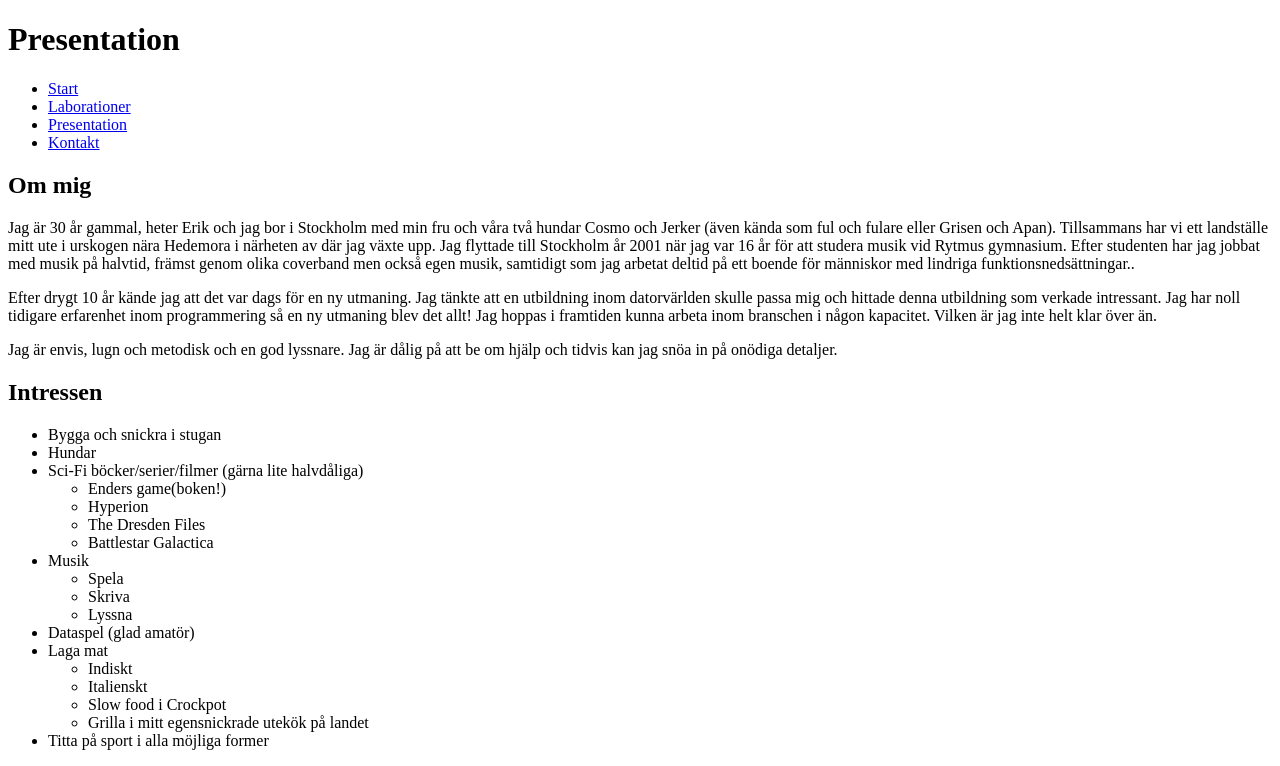
Repository: em222mt/1IK415_em222mt
Page: pages/presentation.html
The author's editor kept a record of every edit. The page is drawn from the files as they stood at one moment, then again after the next edit.
The browser window is 1280 px wide. The pictures show the whole page.

Above is the page before.

### pages/presentation.html
<!doctype html>
    <html lang="sv">

    <head>
       <meta charset="utf-8">
        <title>Min första sida</title>
    </head>

    <!-- Startpunkt -->

    <body>
        <h1>Presentation</h1>

        <ul>
        <li><a href="../index.html">Start</a></li>
        <li><a href="laborationer.html">Laborationer</a></li>
        <li><a href="presentation.html">Presentation</a></li>
        <li><a href="kontakt.html">Kontakt</a></li>
        </ul>

        <h2>Om mig</h2>
            <p>Jag är 30 år gammal, heter Erik och jag bor i Stockholm med min fru och våra två hundar Cosmo och Jerker (även kända som ful och fulare eller Grisen och Apan). Tillsammans har vi ett landställe mitt ute i urskogen nära Hedemora i närheten av där jag växte upp. Jag flyttade till Stockholm år 2001 när jag var 16 år för att studera musik vid Rytmus gymnasium. Efter studenten har jag jobbat med musik på halvtid, främst genom olika coverband men också egen musik, samtidigt som jag arbetat deltid på ett boende för människor med lindriga funktionsnedsättningar..
            </p>
            <p>Efter drygt 10 år kände jag att det var dags för en ny utmaning. Jag tänkte att en utbildning inom datorvärlden skulle passa mig och hittade denna utbildning som verkade intressant. Jag har noll tidigare erfarenhet inom programmering så en ny utmaning blev det allt! Jag hoppas i framtiden kunna arbeta inom branschen i någon kapacitet. Vilken är jag inte helt klar över än.
            </p>
            <p>Jag är envis, lugn och metodisk och en god lyssnare. Jag är dålig på att be om hjälp och tidvis kan jag snöa in på onödiga detaljer.
            </p>

        <h2>Intressen</h2>

            <ul>
                <li>Bygga och snickra i stugan</li>
                <li>Hundar</li>
                <li>Sci-Fi böcker/serier/filmer (gärna lite halvdåliga)
                    <ul>
                        <li>Enders game(boken!)</li>
                        <li>Hyperion</li>
                        <li>The Dresden Files</li>
                        <li>Battlestar Galactica</li>
                    </ul>
                </li>
                <li>Musik
                    <ul>
                        <li>Spela</li>
                        <li>Skriva</li>
                        <li>Lyssna</li>
                    </ul>
                </li>
                <li>Dataspel (glad amatör)</li>
                <li>Laga mat
                    <ul>
                        <li>Indiskt</li>
                        <li>Italienskt</li>
                        <li>Slow food i Crockpot</li>
                        <li>Grilla i mitt egensnickrade utekök på landet</li>
                    </ul>
                </li>
                <li>Titta på sport i alla möjliga former</li>
            </ul>

    </body>
</html>

After the next edit:
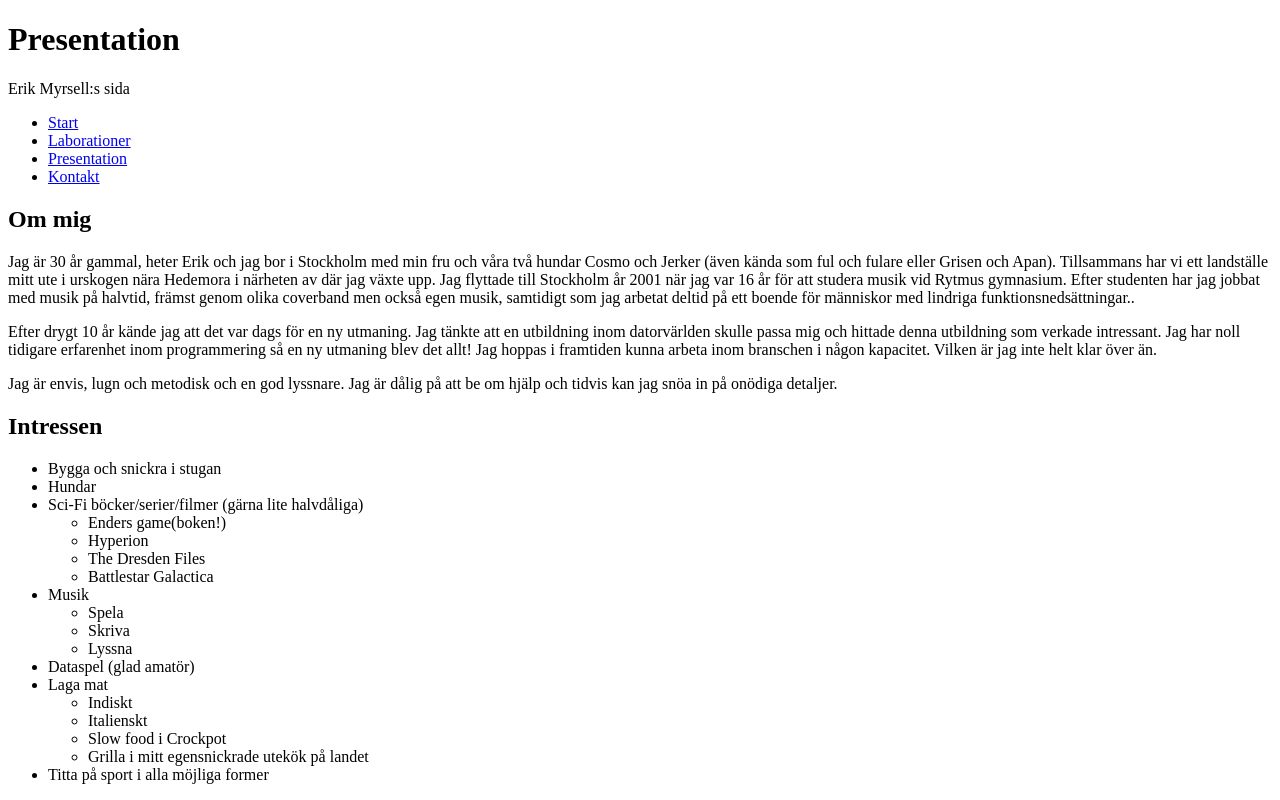
The edit:
--- a/pages/presentation.html
+++ b/pages/presentation.html
@@ -10,6 +10,8 @@
 
     <body>
         <h1>Presentation</h1>
+
+        <p>Erik Myrsell:s sida</p>
 
         <ul>
         <li><a href="../index.html">Start</a></li>
